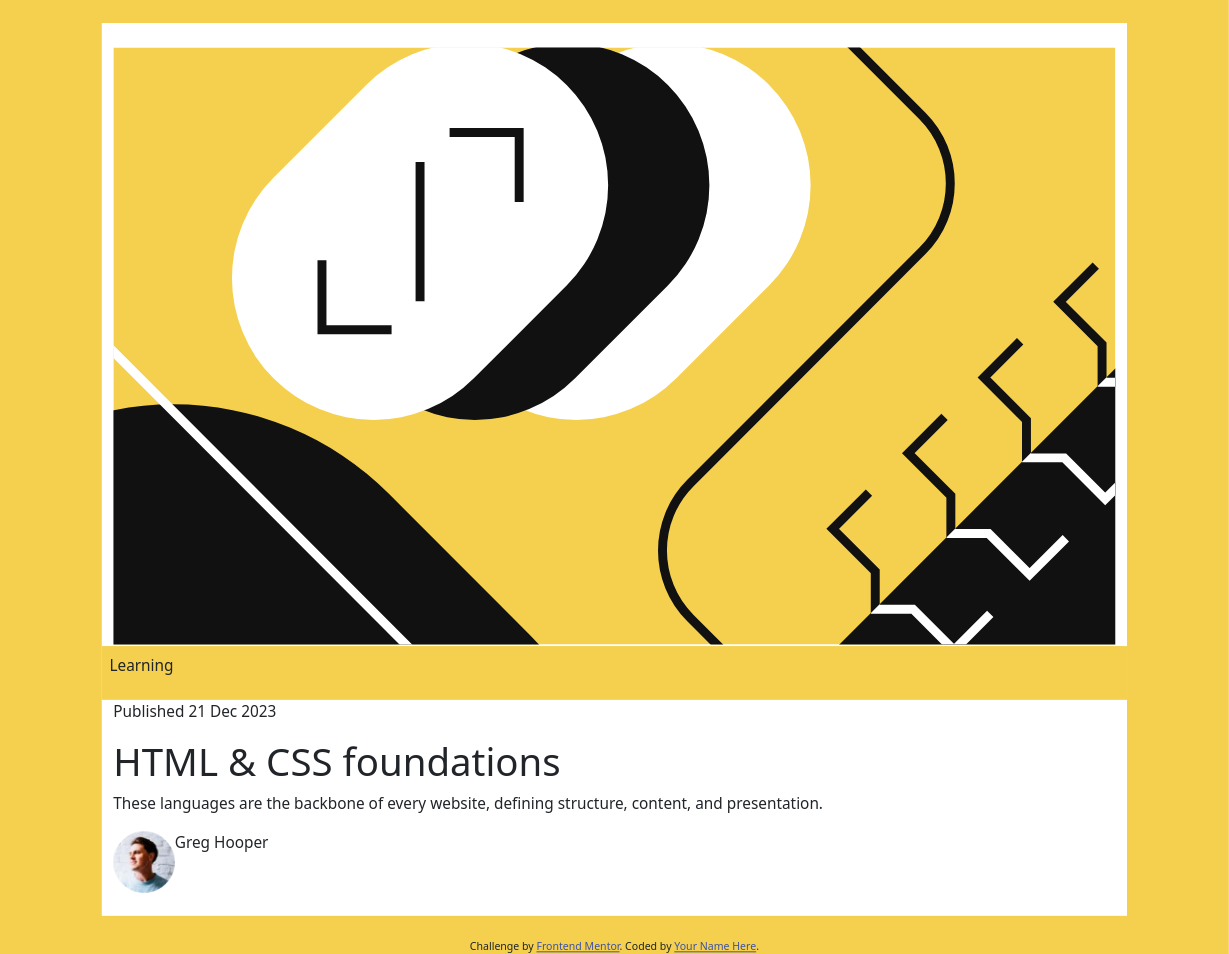
Repository: blordeus/blog-preview-card
Page: index.html
These files come from the project's save history. The page is drawn as it stood at one moment and after the next save; the edit follows.
The browser window is 1280 px wide. The pictures show the whole page, at 96% of full size.
The style sheet was rebuilt from its Sass, Less or Tailwind sources for each picture, by a compiler version that may differ from the author's.

Above is the page before, as saved 2024-02-10 09:17:13.

After the next save:
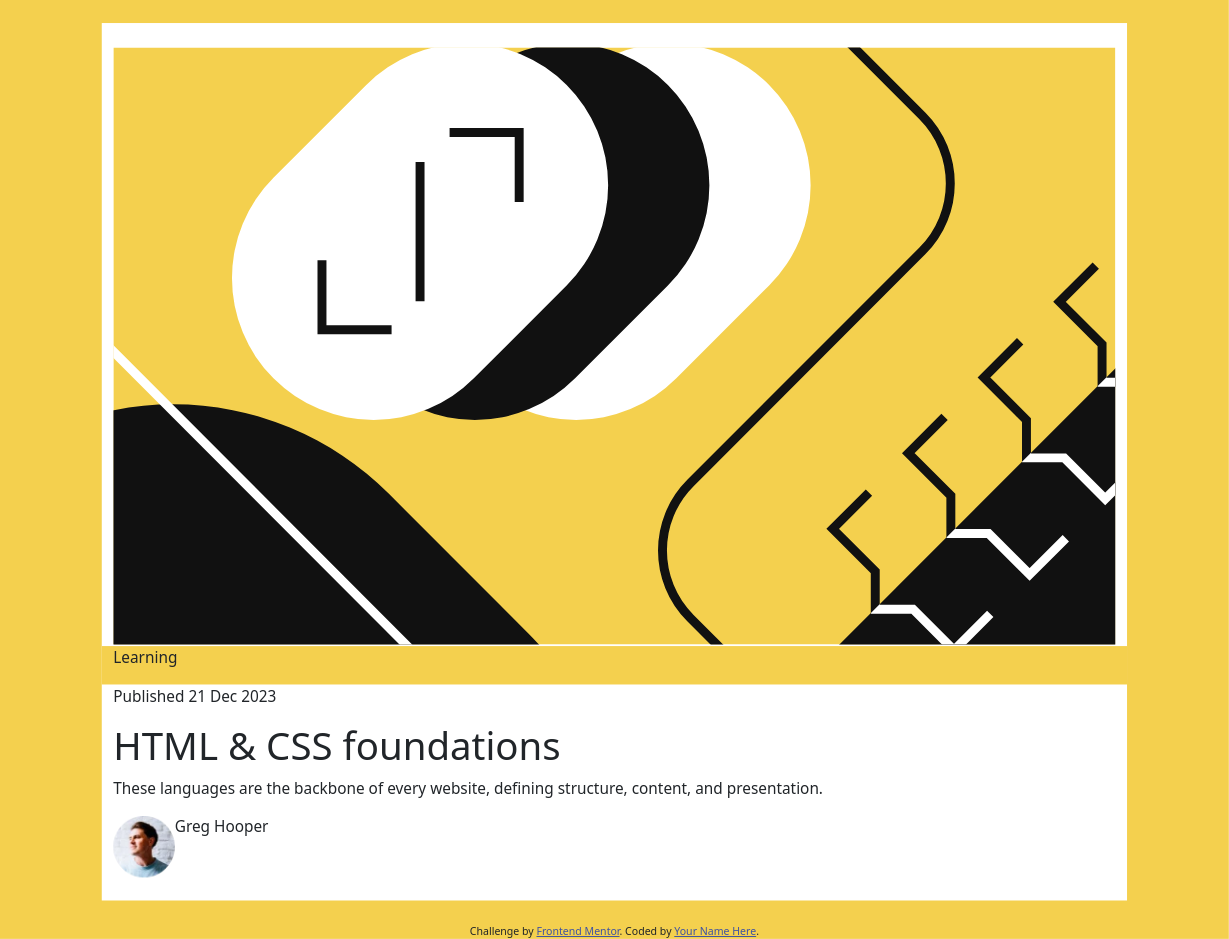
Saved 11 s later.
--- a/index.html
+++ b/index.html
@@ -13,7 +13,7 @@
 <body class="yellow-bg container">
 <main class="white-bg row py-4 m-4">
     <img src="assets\images\illustration-article.svg" alt="header image">
-    <div class="d-flex p-2 yellow-bg">
+    <div class="d-flex  yellow-bg">
       <p>Learning</p>
     </div>
 
